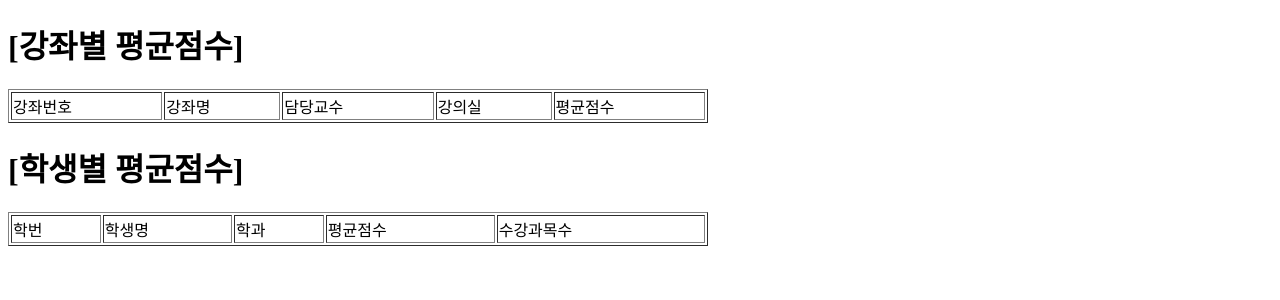
Repository: kmg8138/html
Page: http://localhost/ex0506/list.jsp
The author's editor kept a copy of each file at every save. The page is drawn from the files as they stood at one save, then again after the next save.
The browser window is 1280 px wide. The pictures show the whole page.
The page is served by Tomcat 9. Queries for data that is not in the repository find no rows.

Above is the page before, as saved 2020-05-06 02:16:11.

After the next save:
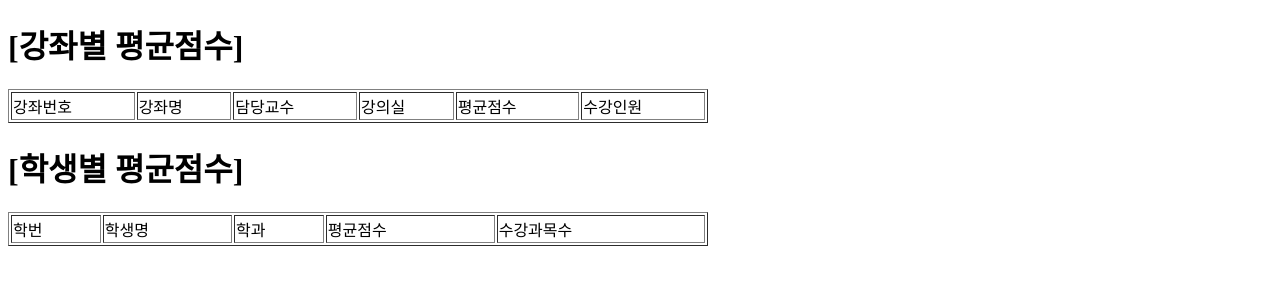
Saved 9 min 49 s later.
--- a/2020.04.08/ex0506/WebContent/list.jsp
+++ b/2020.04.08/ex0506/WebContent/list.jsp
@@ -16,6 +16,7 @@
 			<td>담당교수</td>
 			<td>강의실</td>
 			<td>평균점수</td>
+			<td>수강인원</td>
 		</tr>
 		<%
 		EDAO dao=new EDAO();
